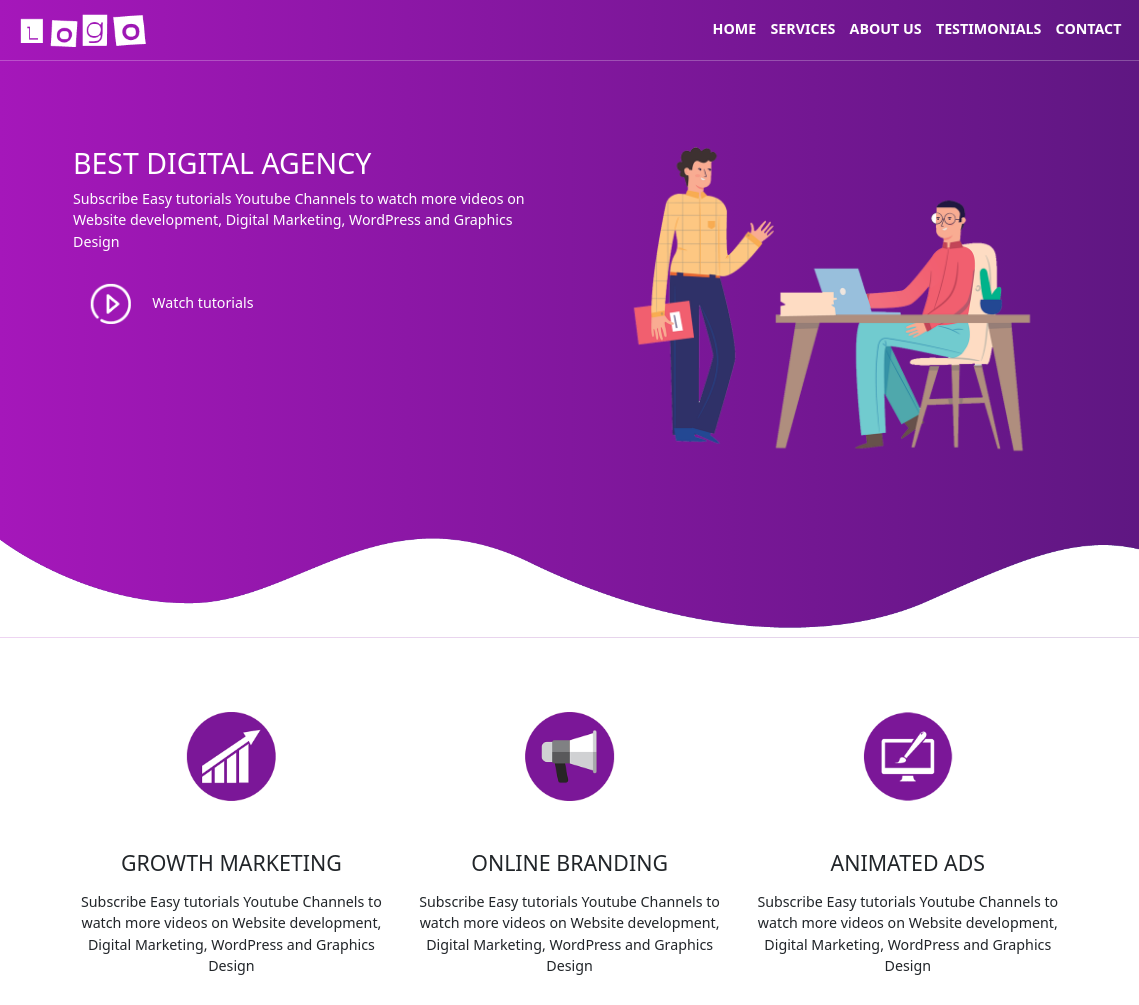
Repository: wadelfadill/Bootstrap_tache_2_website_design
Page: index.html
These files come from the project's save history. The page is drawn as it stood at one moment and after the next save; the edit follows.
The browser window is 1280 px wide. The pictures show the whole page, at 89% of full size.
Some web libraries are served in a nearby version.

Above is the page before, as saved 2023-04-05 16:33:56.

### index.html
<!DOCTYPE html>
<html lang="en">
<head>
    <meta charset="UTF-8">
    <meta http-equiv="X-UA-Compatible" content="IE=edge">
    <meta name="viewport" content="width=device-width, initial-scale=1.0">
    <!-- bootstrap css link -->
    <link href="https://cdn.jsdelivr.net/npm/bootstrap@5.1.3/dist/css/bootstrap.min.css" rel="stylesheet" integrity="sha384-1BmE4kWBq78iYhFldvKuhfTAU6auU8tT94WrHftjDbrCEXSU1oBoqyl2QvZ6jIW3" crossorigin="anonymous">
    <!-- css sheet link -->
    <link rel="stylesheet" href="style.css">
    <!-- fontawsome link -->
    <link rel="stylesheet" href="https://cdn.jsdelivr.net/npm/@fortawesome/fontawesome-free@6.2.1/css/fontawesome.min.css">
    <title>bootstrap_website_design</title>
    <script src="https://kit.fontawesome.com/8f130c8a35.js" crossorigin="anonymous"></script>
</head>
<body>
    <section id="nav-bar" class="sticky-top t-0">
        <nav class="navbar navbar-expand-lg navbar-light p-0">
            <div class="container-fluid">
              <a class="navbar-brand" href="#"><img src="images/demo-logo.png" alt="" class="w-75 h-50 p-2"></a>
              <button class="navbar-toggler" type="button" data-bs-toggle="collapse" data-bs-target="#navbarSupportedContent" aria-controls="navbarSupportedContent" aria-expanded="false" aria-label="Toggle navigation">
                <span><i class="fa-solid fa-bars fs-1" style="color: #ffffff;"></i></span>
              </button>
              <div class="collapse navbar-collapse justify-content-end" id="navbarSupportedContent">
                <ul class="navbar-nav ms-auto mb-2 mb-lg-0 ">
                  <li class="nav-item pt-0 pb-1 fw-bold">
                    <a class="nav-link active text-white float-end text-start" aria-current="page" href="#">HOME</a>
                  </li>
                  <li class="nav-item pt-0 pb-1 fw-bold">
                    <a class="nav-link text-white float-end text-start" href="#">SERVICES</a>
                  </li>
                  <li class="nav-item pt-0 pb-1 fw-bold">
                    <a class="nav-link text-white float-end text-start" href="#">ABOUT US</a>
                  </li>
                  <li class="nav-item pt-0 pb-1 fw-bold">
                    <a class="nav-link text-white float-end text-start" href="#">TESTIMONIALS</a>
                  </li>
                  <li class="nav-item pt-0 pb-1 fw-bold">
                    <a class="nav-link text-white float-end text-start" href="#">CONTACT</a>
                  </li>
                </ul>
              </div>
            </div>
          </nav>
    </section>
     <!--banner section  -->
     <section id="banner" class="text-white pt-5">
      <div class="container">
        <div class="row">
          <div class="col-md-6">
            <p class="h2 mt-5">BEST DIGITAL AGENCY</p>
            <p>
              Subscribe Easy tutorials Youtube Channels to watch more videos on
              Website development, Digital Marketing, WordPress and Graphics Design
            </p>
            <a href="" class="tuto text-white text-decoration-none"><img src="images/play.png" alt="" class="play-btn"> Watch tutorials</a>
          </div>
          <div class="col-md-6 text-center">
            <img src="images/home2.png" alt="" class="img-fluid">
          </div>
        </div>
      </div>
     <img src="images/wave1.png" alt="" class="w-100">
     </section>
     <!-- services section -->
     <section id="services" class="pt-5 pb-0">
        <div class="container">
          <div class="row text-center">
            <div class="col-md-4 p-3">
              <img src="images/service1.png" alt="" class="service-img">
              <h4 class="p-2 mt-5 text-uppercase">Growth Marketing</h4>
              <p>
                Subscribe Easy tutorials Youtube Channels to watch more videos on
                Website development, Digital Marketing, WordPress and Graphics Design
              </p>
            </div>
            <div class="col-md-4 p-3">
              <img src="images/service2.png" alt="" class="service-img">
              <h4 class="p-2 mt-5 text-uppercase">Online Branding</h4>
              <p>
                Subscribe Easy tutorials Youtube Channels to watch more videos on
                Website development, Digital Marketing, WordPress and Graphics Design
              </p>
            </div>
            <div class="col-md-4 p-3">
              <img src="images/service3.png" alt="" class="service-img">
              <h4 class="p-2 mt-5 text-uppercase">Animated Ads</h4>
              <p>
                Subscribe Easy tutorials Youtube Channels to watch more videos on
                Website development, Digital Marketing, WordPress and Graphics Design
              </p>
            </div>
          </div>
        </div>
     </section>


        <!-- bootstrap js link -->
    <script src="https://cdn.jsdelivr.net/npm/bootstrap@5.1.3/dist/js/bootstrap.bundle.min.js" integrity="sha384-ka7Sk0Gln4gmtz2MlQnikT1wXgYsOg+OMhuP+IlRH9sENBO0LRn5q+8nbTov4+1p" crossorigin="anonymous"></script>
</body>
</html>

### style.css
*{
    margin: 0;
    padding: 0;
}
.navbar{
    background-image: linear-gradient(to right, #a517ba, #5f1782);
}
.navbar-toggler{
    outline: none !important;
}
/* Banner section */
#banner{
    background-image: linear-gradient(to right, #a517ba, #5f1782);


}
.play-btn{
    width: 45px;
    margin: 20px;
}
.service-img{
    width: 100px;
    margin-top: 20px;
}

After the next save:
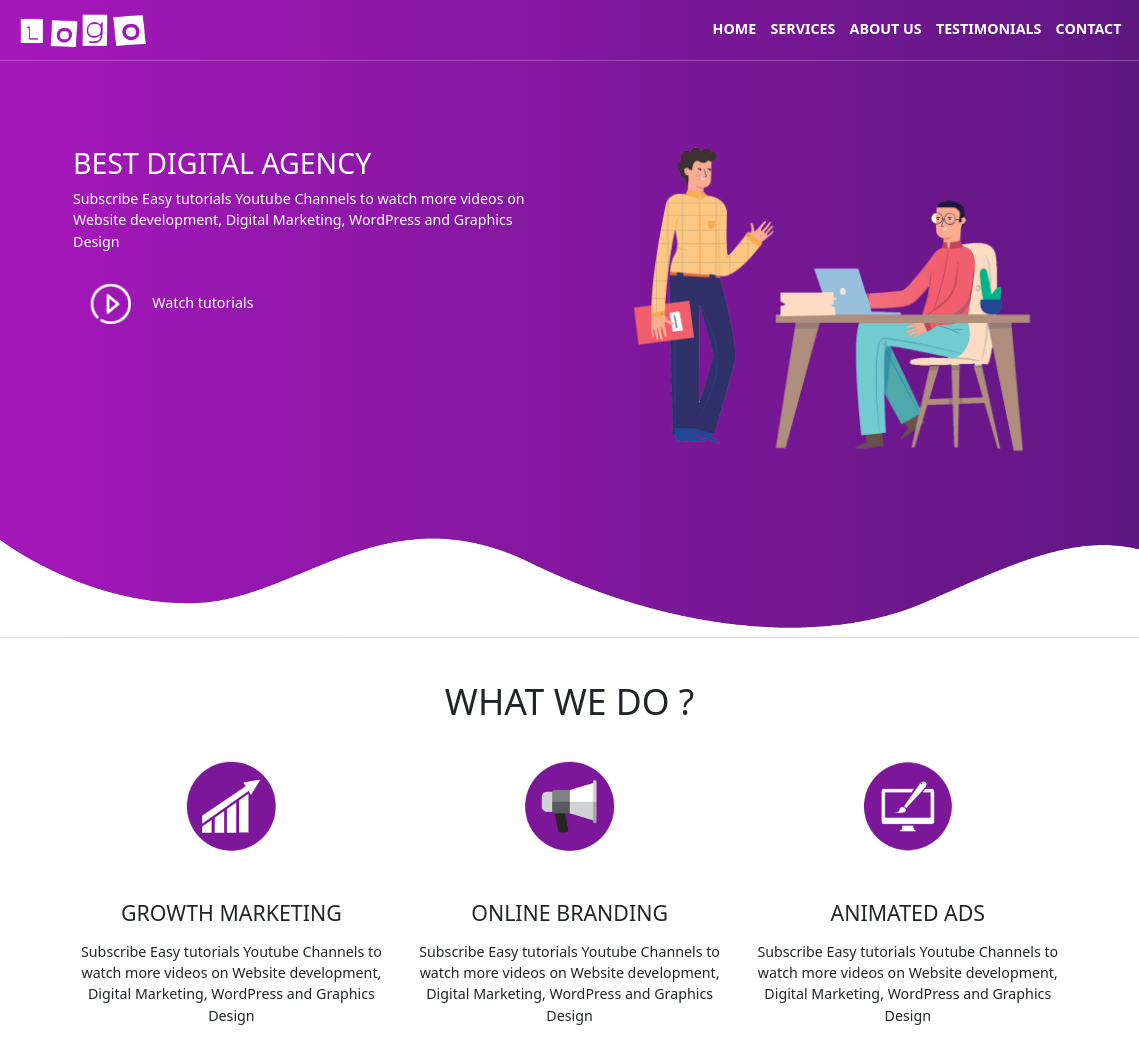
Saved 2 min 31 s later.
--- a/index.html
+++ b/index.html
@@ -64,7 +64,8 @@
      </section>
      <!-- services section -->
      <section id="services" class="pt-5 pb-0">
-        <div class="container">
+        <div class="container text-center">
+          <h1>WHAT WE DO ? </h1>
           <div class="row text-center">
             <div class="col-md-4 p-3">
               <img src="images/service1.png" alt="" class="service-img">
